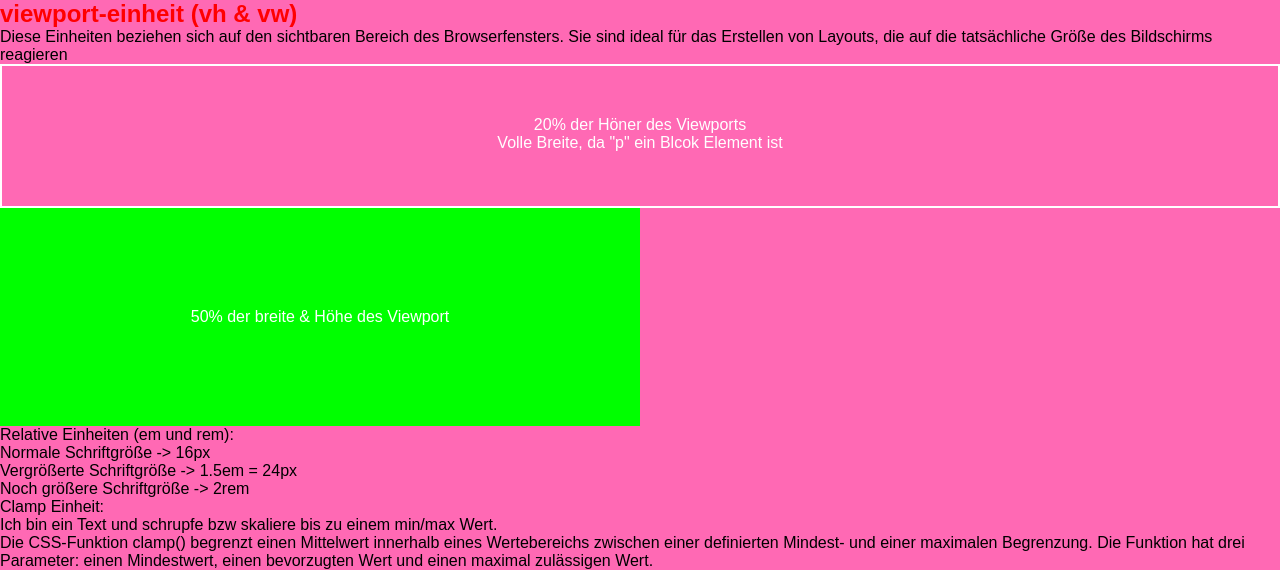
Repository: m0lt/modul_1
Page: 20250703_Tag3/index.html
These files come from the project's save history. The page is drawn as it stood at one moment and after the next save; the edit follows.
The browser window is 1280 px wide. The pictures show the part of the page from y = 1078 to 1756 px (the page is 1648 px tall before and 1756 px after).
A picture or video elsewhere on the page could not be fetched, so the positions and the page height are approximate. Some web fonts or font styles are not loaded; a fallback is used.

Above is the page before, as saved 2025-07-03 11:21:24.

### 20250703_Tag3/index.html
<!DOCTYPE html>
<html lang="en">
<head>
    <meta charset="UTF-8">
    <meta name="viewport" content="width=device-width, initial-scale=1.0">
    <link rel="stylesheet" href="./assets/css/styles.css">
    <title>Document</title>
</head>
<body>
    <!-- Todo Fonts-->
    <!-- Todo Units-->

    <header>
        <h1>Heute ist ein schönertag</h1>
        <p>Lorem, ipsum dolor sit amet consectetur adipisicing elit. Quia iste inventore unde animi quae autem dolor maxime ullam sint fuga?</p>
    </header>
    <main>
        <article>
            <h2>Units</h2>
            <h3>Wann benutze ich HTML und wann :root im CSS?</h3>
            <p>Das Wurzelelement "html" selbst wird normalerweise nicht direkt für die Anwendung von Stilen verwendet, sondern stattdessen für das "body" Element oder andere spezifischere Selektoren. Das :root-Pseudoelement ist jedoch nützlich, um globale Variablen zu deklarieren und eine konsistente Verwendung von Farben, Schriftarten und anderen Stileigenschaften sicherzustellen.</p>
        </article>
        <br>
        <section>
            <!-- ! Absolute EInheit -->
            <h2>Absolute Einheit (px)</h2>
            <p>Eine feste Einheit, die auf Bildschirmen direkt in Pixeln angezeigt wird. Sie bietet präzise Kontrolle über Größen und Abstände.</p>
            <p>FEstes Layout: Pixel eigenn sich gut, wenn ein festes Layout benötigt wird, bei dem bestimmte ELemente genau positioniert werden müssen</p>


            <div class="box"></div>
            <p>Lorem ipsum dolor sit amet consectetur, adipisicing elit. Adipisci omnis eos, fugiat quae ipsum assumenda. Dicta molestiae dolorem esse quibusd</p>
            <p>Nachteile: Lorem ipsum dolor sit amet, consectetur adipisicing elit. Quaerat numquam, mollitia repellendus sint architecto est, ad veritatis sed iusto quibusdam fuga cumque exercitationem! Minus vitae consequuntur modi molestiae? Culpa cum dignissimos veniam, consectetur placeat ipsum nulla aspernatur magnam ullam similique eius eveniet repudiandae quo a quasi, deleniti libero, facilis necessitatibus!</p>
            <br>
            <p>Barrierefrei: Lorem ipsum dolor sit amet consectetur adipisicing elit. Suscipit repellendus totam iusto fugiat, neque ipsum explicabo ex quo natus laborum voluptates asperiores placeat fuga fugit quisquam vitae eaque optio, nihil repudiandae? Cumque sunt corrupti, omnis nemo at est aperiam numquam soluta? Ea quaerat perferendis veritatis facere porro officia inventore tenetur.</p>
            <br>
            <!-- ! Relative EInheit -->
            <h2>Relative Einheit</h2>
            <div class="relative_container-percent">
                <div class="Container">
                    <img src="./assets/img/cool.jpeg" alt="Cool Fish">

                </div>
            </div>
            <br>
            <h2>viewport-einheit (vh & vw)</h2>
            <p>Diese Einheiten beziehen sich auf den sichtbaren Bereich des
            Browserfensters. Sie sind ideal für das Erstellen von Layouts, die auf
            die tatsächliche Größe des Bildschirms reagieren</p>
            <div class="box1">
                <p>20% der Höner des Viewports </p>
                <p>Volle Breite, da "p" ein Blcok Element ist</p>
            </div>
            <div class="box2">
                <p>50% der breite & Höhe des Viewport </p>
            </div>
            <div class="em__font-size">
            <p>Relative Einheiten (em und rem):</p>
            <!-- * basieren auf der Schriftgröße des Elternelements bzw.
                * des Root-Elements. Em ist relativ zum Elternelement,    während Rem
                * relativ zur Schriftgröße des Root-Elements ist. -->

            <!-- * "em" bezieht sich auf die Schriftgröße des jeweiligen Elements.
               * Wenn wir also eine Schriftgröße 1em verwenden, wird diese auf die Schriftgröße des umgebenden Elements angewendet.  -->

            <!-- * "rem" bezieht sich auf die Schriftgröße des Root-Elements, normalerweise des <html>-Tags.
                * Wenn wir also eine Schriftgröße 1rem verwenden, wird diese auf die Schriftgröße des Root-Elements angewendet -- zahl x * 16 -->

            <p class="normal">Normale Schriftgröße -> 16px</p>
            <p class="larger">Vergrößerte Schriftgröße -> 1.5em = 24px</p>
            <p class="even-larger">Noch größere Schriftgröße -> 2rem</p>

            <!-- Die clamp()-Funktion ermöglicht es, einen Wert innerhalb eines bestimmten Bereichs zu begrenzen, was genau dem beschriebenen Verhalten entspricht, bei dem der Text schrumpft oder skaliert, aber innerhalb eines definierten Mindest- und Maximalwerts bleibt. -->
            <div class="content">
            <p class="title">Clamp Einheit:</p>
            <p class="text"><span>Ich bin ein Text und schrupfe bzw skaliere bis zu einem min/max Wert.</span><br>
                Die CSS-Funktion clamp() begrenzt einen Mittelwert innerhalb eines Wertebereichs zwischen einer
                definierten Mindest- und einer maximalen Begrenzung.
                Die Funktion hat drei Parameter: einen Mindestwert, einen bevorzugten Wert und einen maximal zulässigen
                Wert.</p>
            </div>
        </div>

        </section>
    </main>
    <footer>

    </footer>
</body>
</html>

### 20250703_Tag3/assets/css/styles.css
/* Global Styling */

* {
  box-sizing: border-box;
  margin: 0;
  padding: 0;
}

html{
    /* unser root verzeichnis */
    font-size: 16px;
    /* font-size: 62.5%; */
    /*ergibt 10 px */
    font-family: Arial, Helvetica, sans-serif;
}

/* Root ist wie ein Lagerhasu und man kann bestimmte eigenschaften auslagern und sie später wieder verweden. */
:root{
    --header-h2-color: #ff1555;
    --width: 400px;
    --bg-color-yellow: rgb(253, 152, 0);
}

h2{
    color: red;
}

@font-face {
    font-family: "Caveat-Variable";
    src: url("../fonts/Caveat-VariableFont_wght.ttf");
}

/* Element Styling */

header{
    margin: 50px auto;

}

h1{
    font-family: Caveat-Variable, sans-serif;
    font-size: 70px;
    text-decoration: underline;
    text-align: center; /*Horizontale Ausrichtung*/
    color: tomato;
    margin-bottom: 50px;

}

header p{
    color: var(--header-h2-color);
    border: 2px solid green;
    font-family: "Caveat-Variable";
    font-weight: 900;
    text-align: right;
    /* letter-spacing: 10px; */
    word-spacing: 10px;
    word-break: break-all;

}

main{
    background-color: hotpink;
}

main article{
    padding: 40px 60px;
    margin: 20px auto;
    border: 3px solid green;
    width: 700px;
    background-color: yellow;
}

main article h2{
    color: blue;
    border: 1px dashed blue;
    text-align: center;
    display: inline;
}

.box{
    width: var(--width);
    height: 100px;
    background-color: aquamarine;
}


/* ! Ab jetzt mit realtiven einheiten */

/* $ "%" bezieht sich immer auf den elterncontainer */

.relative_container-percent {
    border: 2px solid green;
    width: 500px;
}

.container{
    width: 50%
}

img{
    width: 50%;
    display: block;
}

.box1{
    text-align: center;
    border: 2px solid white;
    padding: 50px;
    color: white;
    width: 100vw;
    display: inline-block;
    height: 20vh;
}

.box2{
    text-align: center;
    padding: 100px;
    color: white;
    width: 50vw;
    height: 50 vh;
    background-color: lime;
}

After the next save:
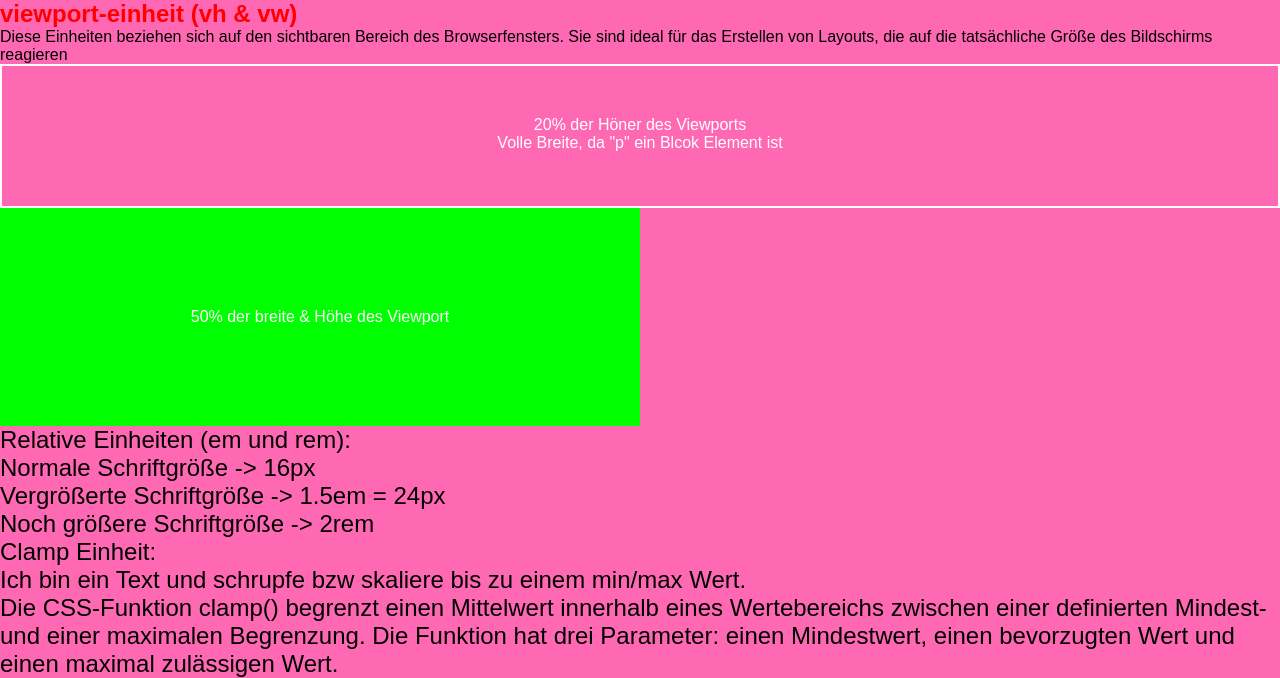
Saved 109 s later.
--- a/20250703_Tag3/assets/css/styles.css
+++ b/20250703_Tag3/assets/css/styles.css
@@ -109,7 +109,8 @@
     padding: 50px;
     color: white;
     width: 100vw;
-    display: inline-block;
+    /* Div ist per default immer block element */
+    /* display: inline; */
     height: 20vh;
 }
 
@@ -121,3 +122,11 @@
     height: 50 vh;
     background-color: lime;
 }
+
+
+/* $ "EM" und "REM" die Schriftgröße des direkt übergeordnetem Element. */
+
+.em__font-size{
+    /* Elternelement */
+    font-size: 1.5em;
+}

After the save that followed:
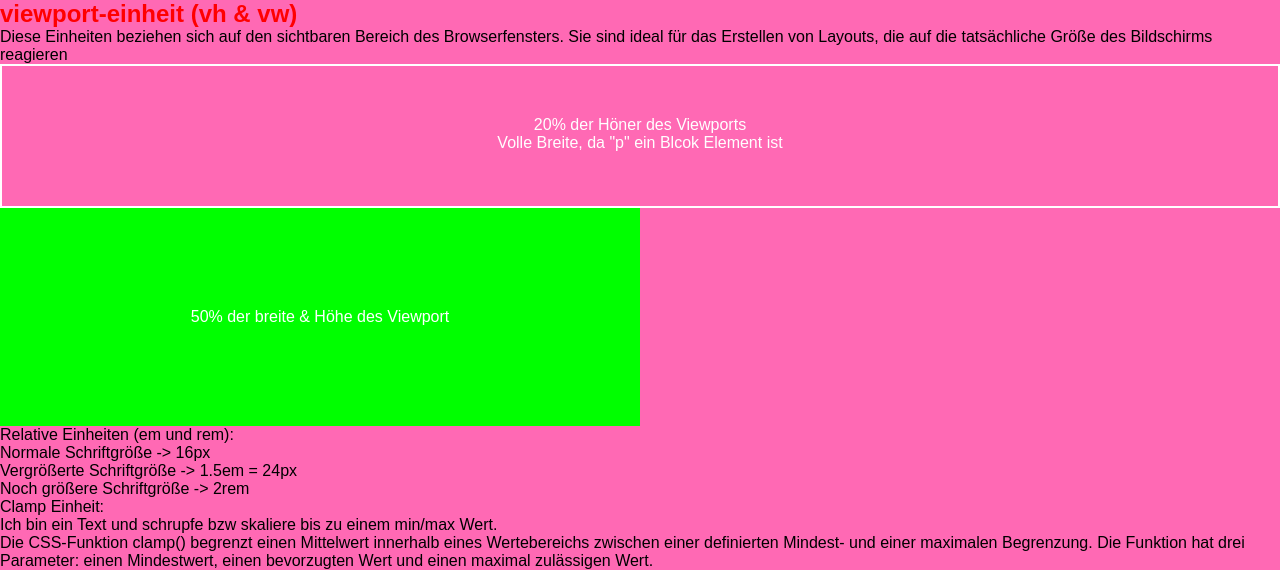
Saved 25 s later.
--- a/20250703_Tag3/assets/css/styles.css
+++ b/20250703_Tag3/assets/css/styles.css
@@ -128,5 +128,5 @@
 
 .em__font-size{
     /* Elternelement */
-    font-size: 1.5em;
+    font-size: 16px;
 }
